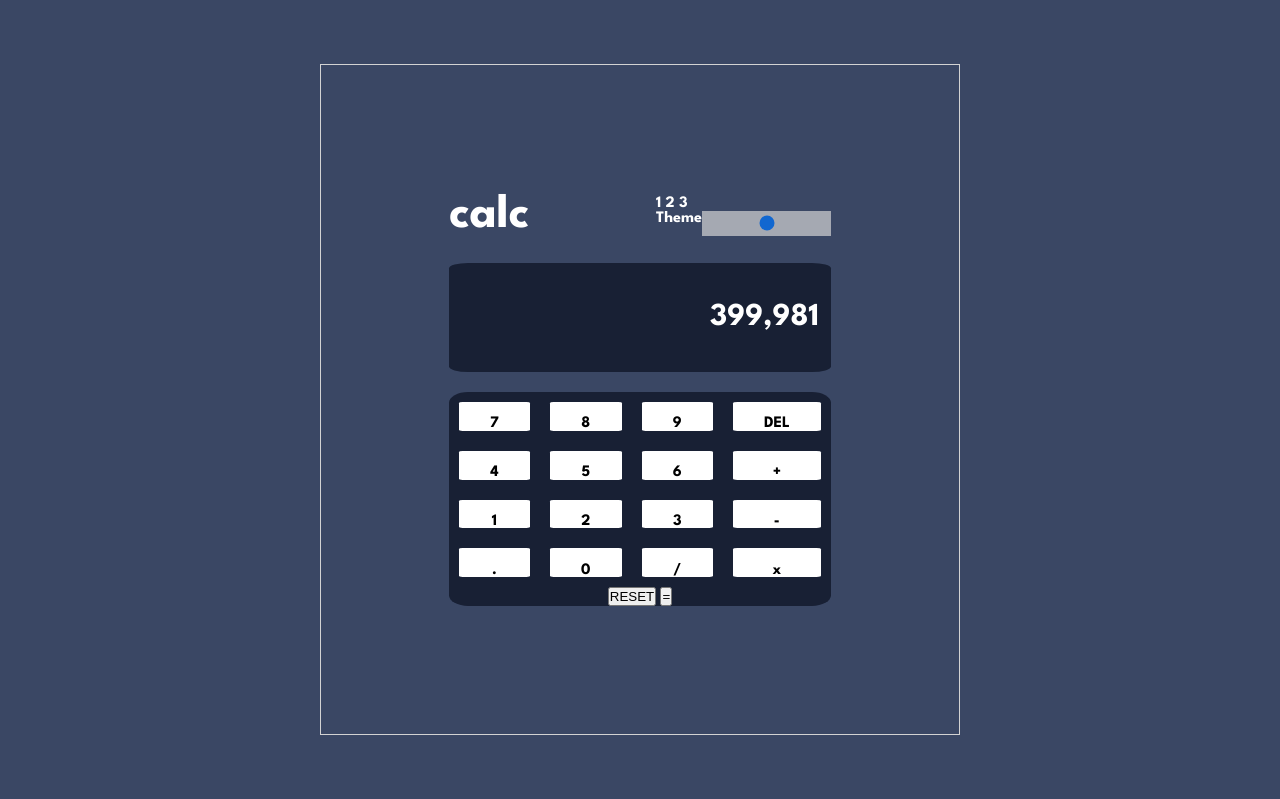
Repository: DevLaukey/calc-with-css-js
Page: index.html
The author's editor kept a copy of each file at every save. The page is drawn from the files as they stood at one save, then again after the next save.
The browser window is 1280 px wide. The pictures show the whole page.

Above is the page before, as saved 2022-05-18 13:27:30.

### index.html
<!DOCTYPE html>
<html lang="en">
  <head>
    <meta charset="UTF-8" />
    <meta http-equiv="X-UA-Compatible" content="IE=edge" />
    <meta name="viewport" content="width=device-width, initial-scale=1.0" />
    <title>Calculator</title>
    <link rel="stylesheet" href="./styles.css" />
    <link rel="preconnect" href="https://fonts.googleapis.com" />
    <link rel="preconnect" href="https://fonts.gstatic.com" crossorigin />
    <link
      href="https://fonts.googleapis.com/css2?family=League+Spartan:wght@700&display=swap"
      rel="stylesheet"
    />
  </head>
  <body>
    <div class="body">
      <header class="calculator__header">
        <div>
          <p class="calculator__name text">calc</p>
        </div>
        <div class="calculator__slider">
          <div class="text">
            <p class="calculator__smallText">1 2 3</p>
            <div class="calculator__block">
              <p class="calculator__smallText">Theme</p>
              <input
                class="slider"
                type="range"
                min="1"
                max="3"
                name=""
                id=""
              />
            </div>
          </div>
        </div>
      </header>
      <div class="calculator__display">
        <p class="text calculator__solution">399,981</p>
      </div>
      <div class="calculator__input">
        <div class="calculator__row">
          <p class="calculator__button seven">7</p>
          <p class="calculator__button eight">8</p>
          <p class="calculator__button nine">9</p>
          <p class="calculator__button del">DEL</p>
          <p class="calculator__button four">4</p>
          <p class="calculator__button five">5</p>
          <p class="calculator__button six">6</p>
          <p class="calculator__button plus">+</p>
          <p class="calculator__button one">1</p>
          <p class="calculator__button two">2</p>
          <p class="calculator__button three">3</p>
          <p class="calculator__button minus">-</p>

          <p class="calculator__button dot">.</p>
           <p class="calculator__button minus">0</p>
          <p class="calculator__button slash">/</p>
          <p class="calculator__button multiply">x</p>

        </div>
        <div class="calculator__control">
            <button class="control reset">RESET</button>
            <button class="control equals">=</button>
          </div>
      </div>
    </div>
  </body>
</html>

### styles.css
* {
  margin: 0;
  padding: 0;
  box-sizing: border-box;
}

body {
  background-color: hsl(222, 26%, 31%);
}
.body {
  font-family: "League Spartan", sans-serif;
  /* width: 100%; */
  padding: 10%;
  margin-bottom: 5%;
  margin-top: 5%;
  margin-left: 25%;
  margin-right: 25%;
  border: 1px solid #d3d3d3;
}
.calculator__header {
  display: flex;
  width: 100%;
  justify-content: space-between;
  margin-bottom: 25px;
}
.calculator__block {
  display: flex;
}
.calculator__name {
  font-size: 3em;
  color: white;
}
.calculator__slider {
  display: flex;
  align-self: center;
}
.text {
  color: white;
}
.numbers {
  color: hsl(221, 14%, 31%);
}
.slider {
  -webkit-appearance: none;
  /* width: 100%; */
  height: 25px;
  background: #d3d3d3;
  /* outline: none; */
  opacity: 0.7;
  -webkit-transition: 0.2s;
  transition: opacity 0.2s;
}

.slider:hover {
  opacity: 1;
}
.slider::-webkit-slider-thumb {
  /* -webkit-appearance: none; */
  /* appearance: none; */
  width: 25px;
  height: 25px;
  background: #04aa6d;
  cursor: pointer;
}

.slider::-moz-range-thumb {
  width: 25px;
  height: 25px;
  background: #04aa6d;
  cursor: pointer;
}

.calculator__display {
  background-color: hsl(224, 36%, 15%);
  display: flex;
  flex-direction: row-reverse;
  border-radius: 5%;
  padding: 2.5em 0.75rem 2.5em 0.75em;
  margin-bottom: 20px;
}
.calculator__solution {
  font-size: 2em;
}
.calculator__input {
  background-color: hsl(224, 36%, 15%);
  border-radius: 5%;
text-align: center;
  display: flex;
  flex-direction: column;
}
.calculator__row{
    display: grid;
  gap: 20px;
  grid-template-columns: auto auto auto auto;
    padding: 10px;
    /* text-align: center; */

}
.calculator__button {
    background-color: white;
    padding: 0.9em;
    align-items: center;
    height: 15px;
    border-radius: 5%;
    box-shadow: hsl(224, 28%, 35%) 15px;
}

After the next save:
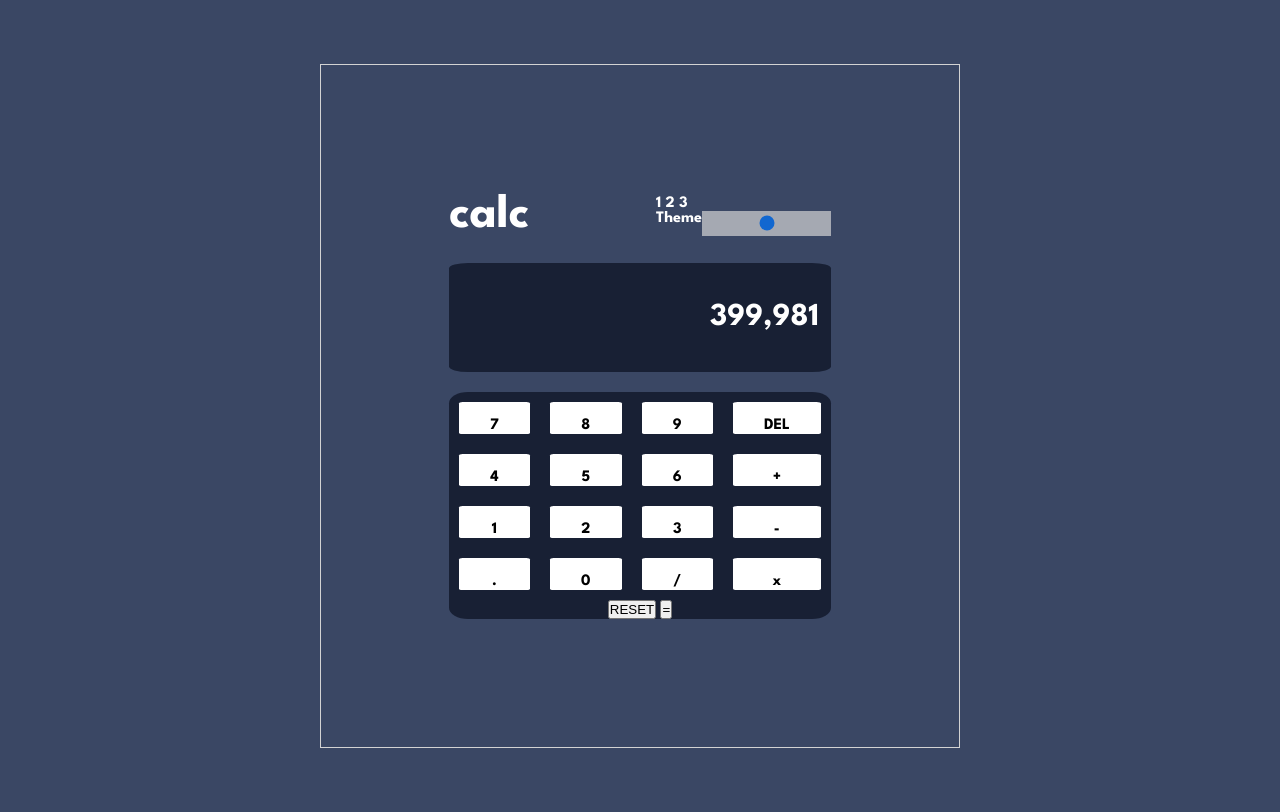
Saved 20 s later.
--- a/styles.css
+++ b/styles.css
@@ -98,8 +98,7 @@ text-align: center;
 }
 .calculator__button {
     background-color: white;
-    padding: 0.9em;
-    align-items: center;
+    padding: 1em;
     height: 15px;
     border-radius: 5%;
     box-shadow: hsl(224, 28%, 35%) 15px;
